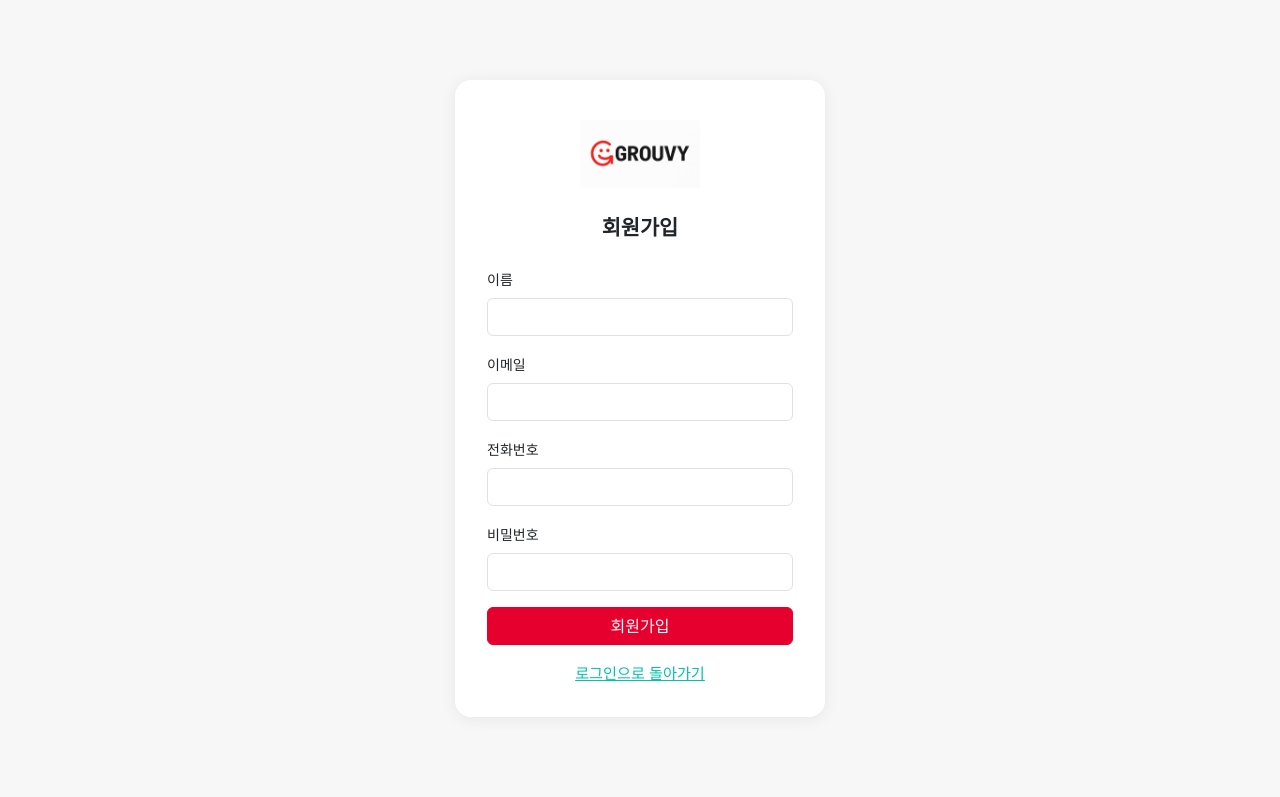
Repository: hyunbin7664/web-java-workspace
Page: groupware/src/main/webapp/sign_up.html
An editor plug-in stored every save of this project. The page is shown before and after the next save, followed by the edit.
The browser window is 1280 px wide. The pictures show the whole page.

Above is the page before, as saved 2025-07-11 02:05:26.

### groupware/src/main/webapp/sign_up.html
<!DOCTYPE html>
<html lang="ko">
<head>
<meta charset="UTF-8">
<title>GROUVY 회원가입</title>
<meta name="viewport" content="width=device-width, initial-scale=1">
<link
	href="https://cdn.jsdelivr.net/npm/bootstrap@5.3.2/dist/css/bootstrap.min.css"
	rel="stylesheet">
<style>
body {
	background: #f7f7f7;
}

.auth-card {
	width: 100%;
	max-width: 370px;
	border-radius: 16px;
	box-shadow: 0 2px 16px rgba(0, 0, 0, 0.07);
	padding: 2.5rem 2rem 2rem 2rem;
	background: #fff;
	margin: 80px auto;
}

.auth-logo {
	display: block;
	margin: 0 auto 1.5rem auto;
	width: 120px;
}

.auth-title {
	font-size: 1.3rem;
	font-weight: bold;
	text-align: center;
	margin-bottom: 1.5rem;
}

.auth-link {
	color: #00c3aa;
	cursor: pointer;
	text-decoration: underline;
	font-size: 0.95rem;
}

.btn-grouvy {
	background-color: #e6002d; /* 붉은 계열 색상 */
	border-color: #e6002d;
	color: #fff;
	font-weight: 500;
}
</style>
</head>
<body>
	<div class="auth-card">
		<img src="grouvy_logo.jpg" alt="GROUVY 로고" class="auth-logo">
		<div class="auth-title">회원가입</div>
		<form action="login.html" method="get">
			<div class="mb-3">
				<label for="signupName" class="form-label small">이름</label>
				<input type="text" class="form-control" id="signupName" required>
			</div>
			<div class="mb-3">
				<label for="signupEmail" class="form-label small">이메일</label>
				<input type="email" class="form-control" id="signupEmail" required>
			</div>
			<div class="mb-3">
				<label for="signupPhone" class="form-label small">전화번호</label>
				<input type="tel" class="form-control" id="signupPhone" required>
			</div>
			<div class="mb-3">
				<label for="signupPw" class="form-label small">비밀번호</label> <input
					type="password" class="form-control" id="signupPw" required>
			</div>
			<button type="submit" class="btn btn-grouvy w-100 mb-2">회원가입</button>
		</form>
		<div class="text-center mt-2">
			<a href="login.html" class="auth-link">로그인으로 돌아가기</a>
		</div>
	</div>
</body>
</html>

After the next save:
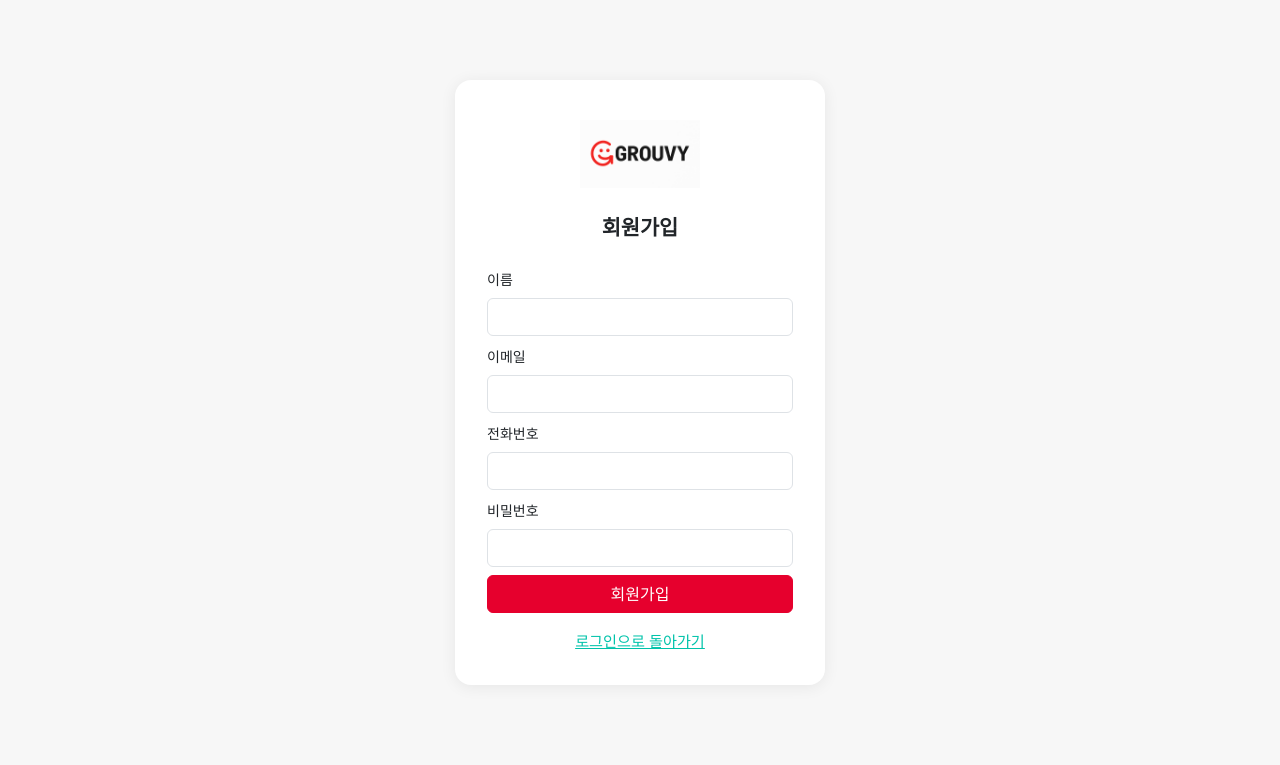
Saved 32 s later.
--- a/groupware/src/main/webapp/sign_up.html
+++ b/groupware/src/main/webapp/sign_up.html
@@ -55,19 +55,19 @@ body {
 		<img src="grouvy_logo.jpg" alt="GROUVY 로고" class="auth-logo">
 		<div class="auth-title">회원가입</div>
 		<form action="login.html" method="get">
-			<div class="mb-3">
+			<div class="mb-2">
 				<label for="signupName" class="form-label small">이름</label>
 				<input type="text" class="form-control" id="signupName" required>
 			</div>
-			<div class="mb-3">
+			<div class="mb-2">
 				<label for="signupEmail" class="form-label small">이메일</label>
 				<input type="email" class="form-control" id="signupEmail" required>
 			</div>
-			<div class="mb-3">
+			<div class="mb-2">
 				<label for="signupPhone" class="form-label small">전화번호</label>
 				<input type="tel" class="form-control" id="signupPhone" required>
 			</div>
-			<div class="mb-3">
+			<div class="mb-2">
 				<label for="signupPw" class="form-label small">비밀번호</label> <input
 					type="password" class="form-control" id="signupPw" required>
 			</div>
